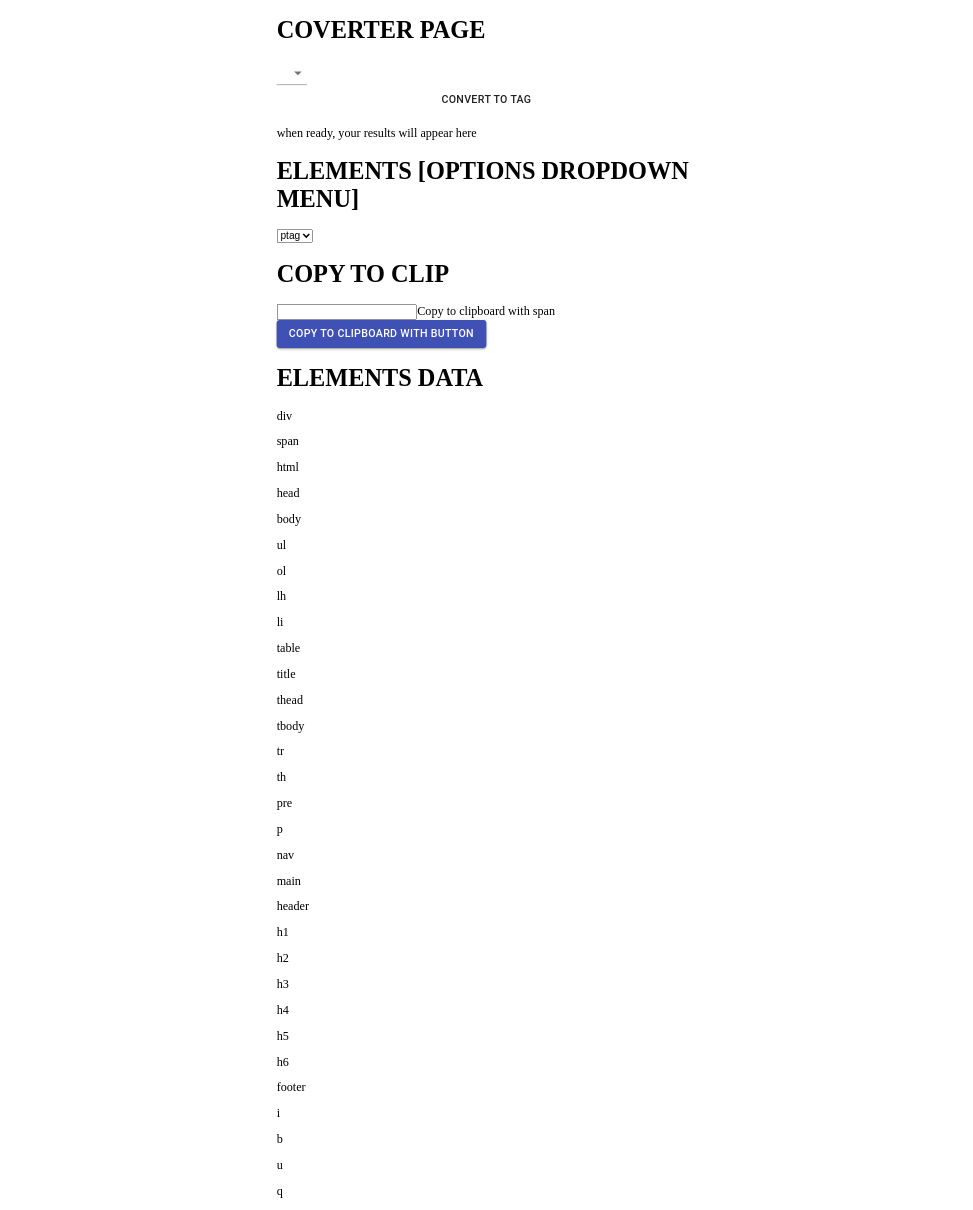
Repository: DevLuDaley/element-generator
Page: /
The author's editor kept a copy of each file at every save. The page is drawn from the files as they stood at one save, then again after the next save.
The browser window is 1280 px wide. The pictures show the whole page, at 76% of full size.
The project was rebuilt for these pictures with package versions that can differ from the ones it lists, and the page was loaded fresh each time. Also part of the build but not shown: webpack.config.js, src/components/optionsArray.js.

Above is the page before, as saved 2020-12-23 20:11:24.

After the next save:
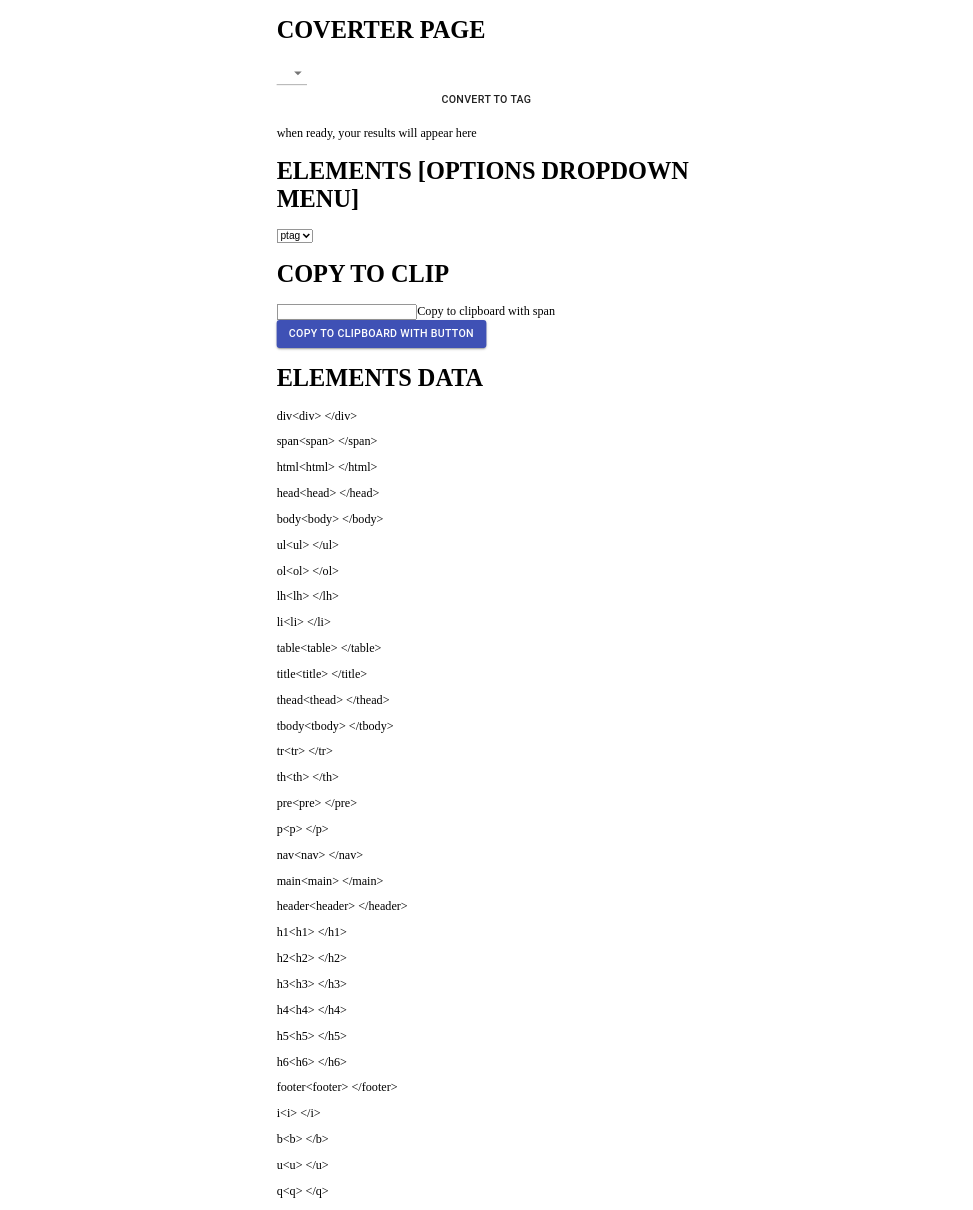
Saved 14 s later.
--- a/src/components/ElementsData.js
+++ b/src/components/ElementsData.js
@@ -14,6 +14,7 @@ return (
     <h1>ELEMENTS DATA</h1>
     {optionsArray ? optionsArray.map(op => <p>
     {op.key}
+    {op.value}
     </p>
     ): null}
         {/* {elementsArray[1]} */}
